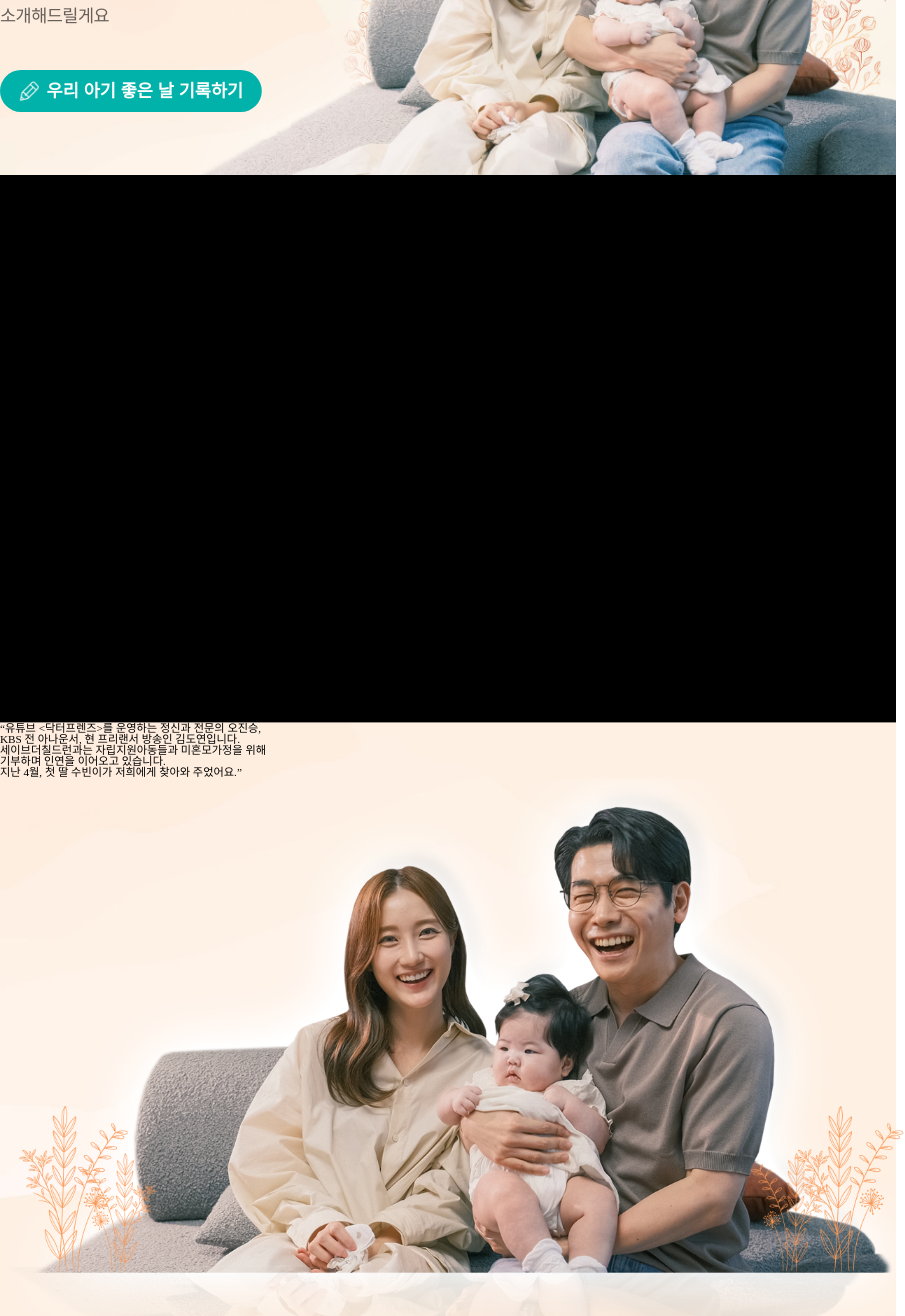
Repository: dlgywls1130/saveTheChildren
Page: index.html
An editor plug-in stored every save of this project. The page is shown before and after the next save, followed by the edit.
The browser window is 1280 px wide. The page is 1293 px wide, so the pictures cover 1293 px, including what lies to the right of the window. The pictures show the part of the page from y = 470 to 2350 px (the page is 9944 px tall before and 10244 px after), at 70% of full size.
Some web fonts or font styles are not loaded; a fallback is used. The style sheet was rebuilt from its Sass, Less or Tailwind sources for each picture, by a compiler version that may differ from the author's.

Above is the page before, as saved 2024-11-01 22:06:47.

After the next save:
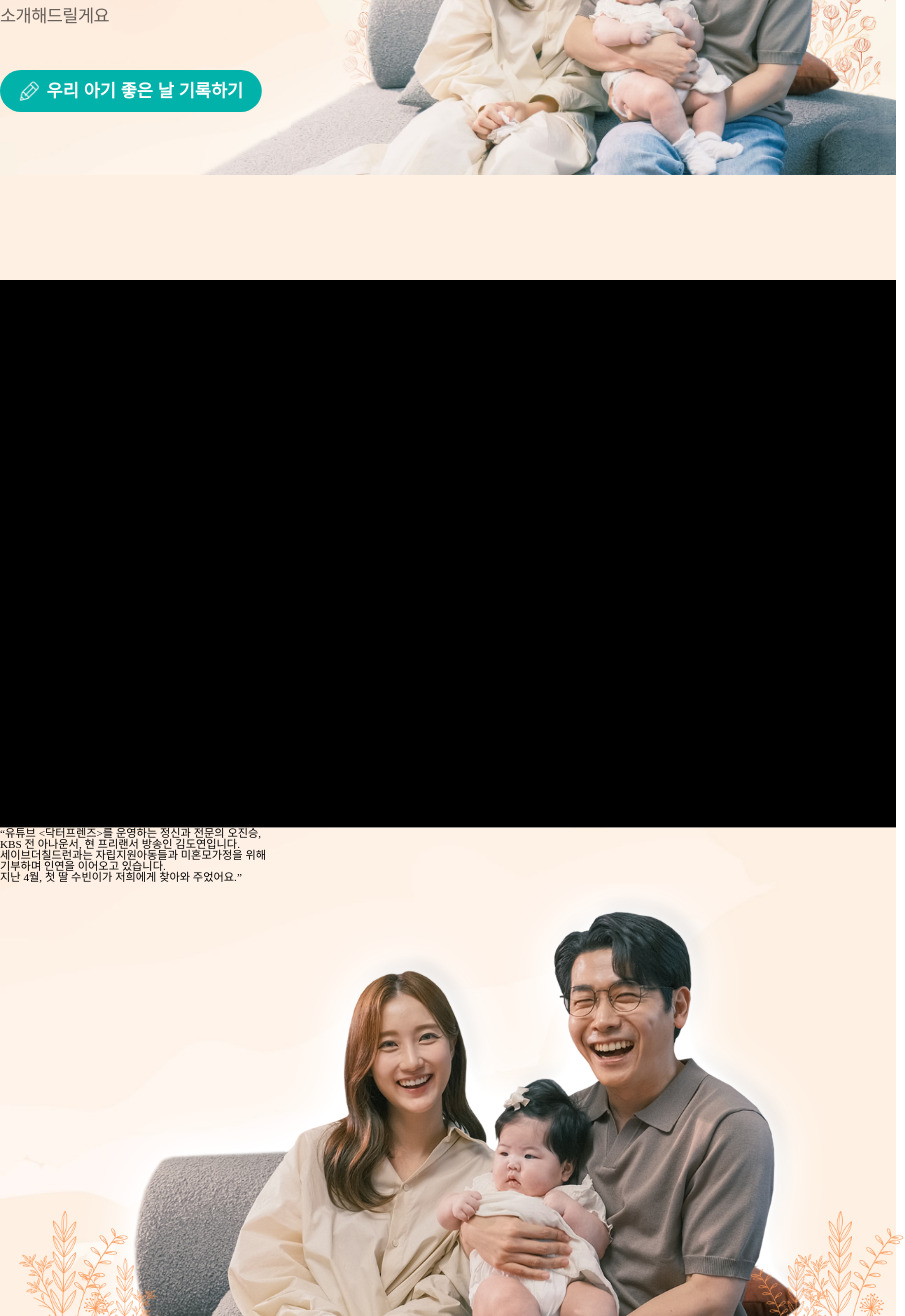
Saved 32 s later.
--- a/index.html
+++ b/index.html
@@ -44,7 +44,7 @@
     <!-- 스토리섹션 -->
 
     <section class="story_section">
-        <div class="container">
+        <div class="container py-150">
 
             <!-- 영상 -->
             <div class="video_container">
